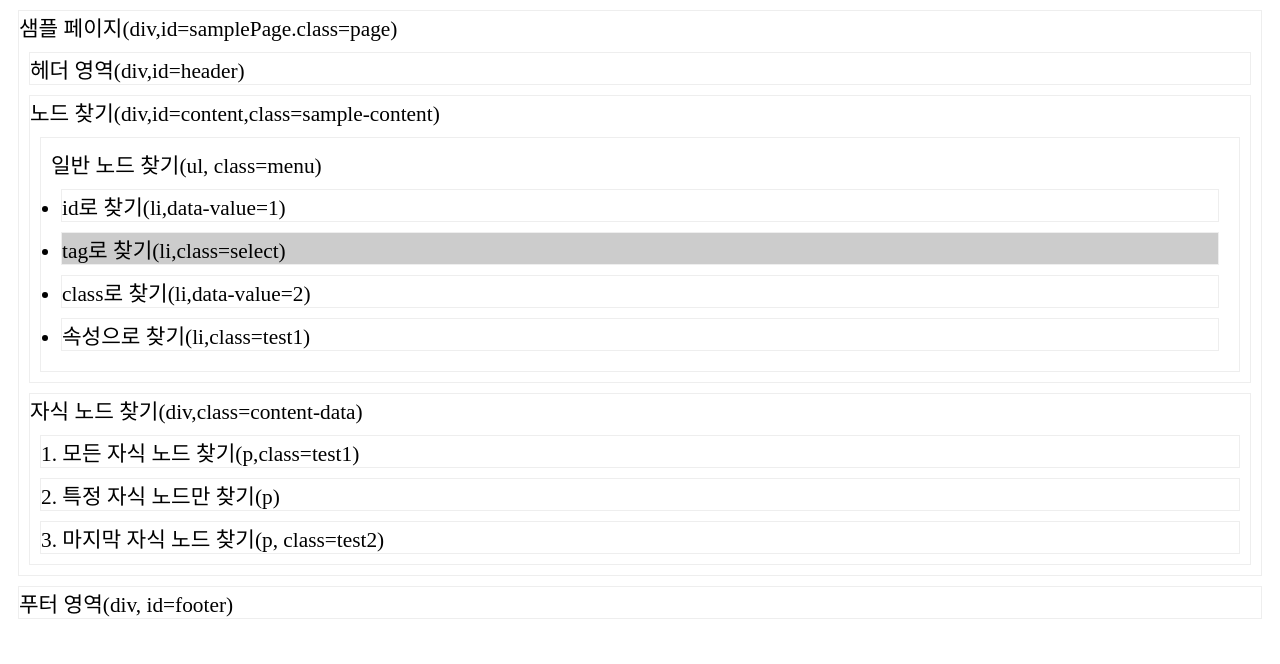
Repository: swc0516s/EZEN-JS
Page: JavaScript Workspace Lecture/JavaScript_jQuery_03/WebContent/Chapter02/2_09.html
These files come from the project's save history. The page is drawn as it stood at one moment and after the next save; the edit follows.
The browser window is 1280 px wide. The pictures show the whole page.

Above is the page before, as saved 2022-03-17 07:44:09.
Console error: SyntaxError: Unexpected token '.'

### JavaScript Workspace Lecture/JavaScript_jQuery_03/WebContent/Chapter02/2_09.html
<!DOCTYPE html>
<html>
<head>
<meta charset="UTF-8">
<title>Insert title here</title>
<style type="text/css">
body {
	font-size: 16pt;
	font-family: "굴림";
}

div, p, ul, li {
	border: 1px #eeeeee solid;
	margin: 10px;
}

ul {
	padding: 10px;
}

li.select {
	background-color: #ccc;
}
</style>
<script type="text/javascript" src="../libs/jquery-3.6.0.min.js"></script>
<script type="text/javascript">
	//liList 변수에 들어있는 메뉴 항목 중 select 클래스가 적용된 노드를 찾아 border속성을
	// "4px solid #f00"으로 변경
	$(document).ready(function() {
		var liList = $("ul.menu li");
		liList.filter(.select).css("border", "4px solid #f00");

	});
</script>
</head>
<body>
	<div id="sample" class="page">
		샘플 페이지(div,id=samplePage.class=page)
		<div id="header">헤더 영역(div,id=header)</div>
		<div id="content" class="sample-content">
			노드 찾기(div,id=content,class=sample-content)
			<ul class="menu">
				일반 노드 찾기(ul, class=menu)
				<li data-value="1">id로 찾기(li,data-value=1)</li>
				<li class="select">tag로 찾기(li,class=select)</li>
				<li data-value="2">class로 찾기(li,data-value=2)</li>
				<li class="test1">속성으로 찾기(li,class=test1)</li>
			</ul>
		</div>
		<div class="content-data">
			자식 노드 찾기(div,class=content-data)
			<p class="test1">1. 모든 자식 노드 찾기(p,class=test1)</p>
			<p>2. 특정 자식 노드만 찾기(p)</p>
			<p class="test2">3. 마지막 자식 노드 찾기(p, class=test2)</p>
		</div>
	</div>
	<div id="footer">푸터 영역(div, id=footer)</div>
</body>
</html>

Loaded but not shown: JavaScript Workspace Lecture/JavaScript_jQuery_03/WebContent/libs/jquery-3.6.0.min.js (library)

After the next save:
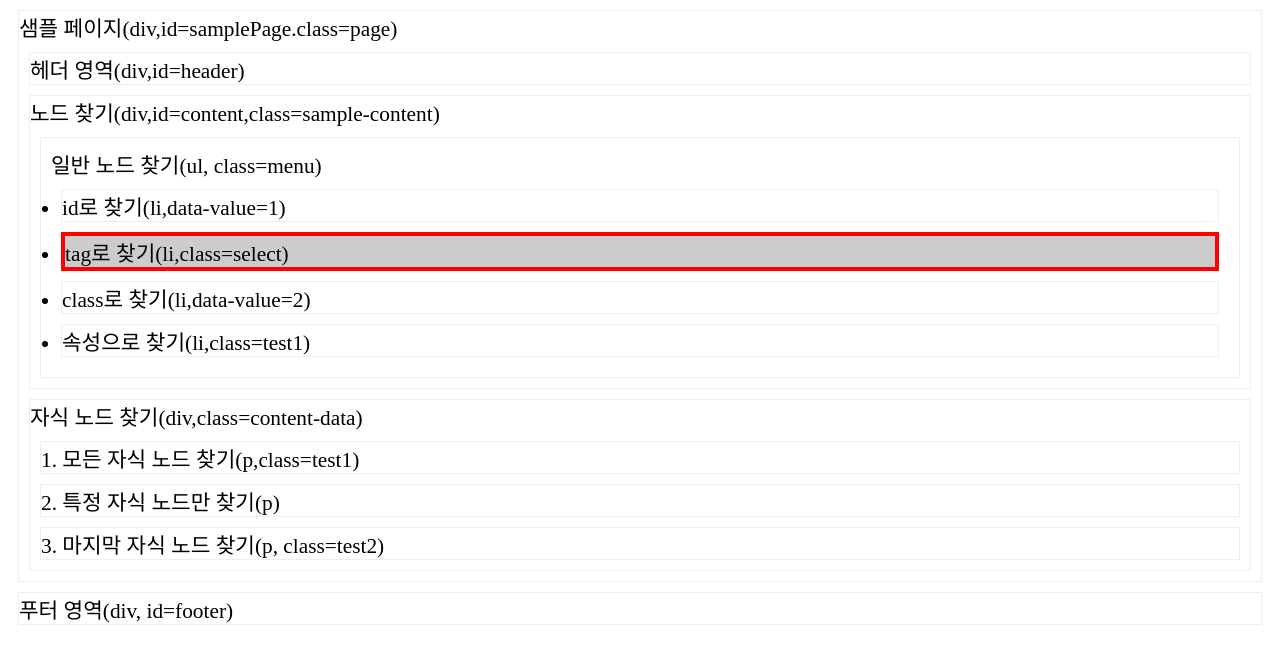
The error is gone.
Saved 75 s later.
--- a/JavaScript Workspace Lecture/JavaScript_jQuery_03/WebContent/Chapter02/2_09.html
+++ b/JavaScript Workspace Lecture/JavaScript_jQuery_03/WebContent/Chapter02/2_09.html
@@ -28,7 +28,7 @@ li.select {
 	// "4px solid #f00"으로 변경
 	$(document).ready(function() {
 		var liList = $("ul.menu li");
-		liList.filter(.select).css("border", "4px solid #f00");
+		liList.filter(".select").css("border", "4px solid #f00");
 
 	});
 </script>
